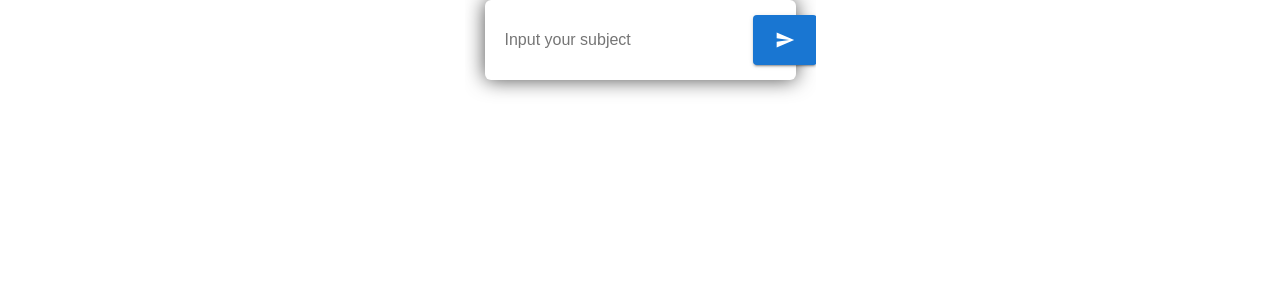
Repository: thienv29/todolist
Page: /
These files come from the project's save history. The page is drawn as it stood at one moment and after a run of saves; the edit follows.
The browser window is 1280 px wide. The pictures show the whole page.
The project was rebuilt for these pictures with package versions that can differ from the ones it lists, and the page was loaded fresh each time. Also part of the build but not shown: src/components/TodoEditing.js, src/components/Todo.js.

Above is the page before, as saved 2021-10-22 17:28:13.

### public/index.html
<!DOCTYPE html>
<html lang="en">
    <head>
        <meta charset="utf-8" />
        <link rel="icon" href="%PUBLIC_URL%/favicon.ico" />
        <meta name="viewport" content="width=device-width, initial-scale=1" />
        <meta name="theme-color" content="#000000" />
        <meta name="description" content="Web site created using create-react-app" />
        <link rel="apple-touch-icon" href="%PUBLIC_URL%/logo192.png" />
        <!--
      manifest.json provides metadata used when your web app is installed on a
      user's mobile device or desktop. See https://developers.google.com/web/fundamentals/web-app-manifest/
    -->
        <link rel="manifest" href="%PUBLIC_URL%/manifest.json" />
        <!--
      Notice the use of %PUBLIC_URL% in the tags above.
      It will be replaced with the URL of the `public` folder during the build.
      Only files inside the `public` folder can be referenced from the HTML.

      Unlike "/favicon.ico" or "favicon.ico", "%PUBLIC_URL%/favicon.ico" will
      work correctly both with client-side routing and a non-root public URL.
      Learn how to configure a non-root public URL by running `npm run build`.
    -->
        <link
            rel="stylesheet"
            href="https://fonts.googleapis.com/css?family=Roboto:300,400,500,700&display=swap"
        />
        <title>React App</title>
    </head>
    <body>
        <noscript>You need to enable JavaScript to run this app.</noscript>
        <div id="root"></div>
        <!--
      This HTML file is a template.
      If you open it directly in the browser, you will see an empty page.

      You can add webfonts, meta tags, or analytics to this file.
      The build step will place the bundled scripts into the <body> tag.

      To begin the development, run `npm start` or `yarn start`.
      To create a production bundle, use `npm run build` or `yarn build`.
    --></body>
</html>

### src/index.js
import React from "react";
import ReactDOM from "react-dom";
import App from "./App";
import "./style.scss";
import store from "./redux/store";
import { Provider } from "react-redux";

ReactDOM.render(
    <Provider store={store}>
        <React.StrictMode>
            <App />
        </React.StrictMode>
    </Provider>,
    document.getElementById("root")
);

### src/App.js
import React from "react";
import TodoList from "./components/TodoList.js";
import Input from "./components/Input.js";
import {Toaster} from 'react-hot-toast'
import Grid from "@mui/material/Grid";
export default function App() {
    return (
        <Grid container className="main">
            <Input />
            <TodoList />
                <Toaster position="top-center" reverseOrder={false} />
        </Grid>
    );
}

### src/style.scss
*{
    margin: 0;
    padding: 0;
    box-sizing: border-box;
    font-family: Arial, Helvetica, sans-serif;
}
body{
    width: 100%;
    height: 100vh;
    display: flex;
    justify-content: center;
}
.main{
    width: 800px;
    height: 100%;
    padding-left: 20px;
    padding-right: 20px;
    overflow: hidden;
}
.todolist{
    transition: .5s ease-in ;
}
.inputTodo{
    width: 100%;
    background-color: white;
    height: 80px;
    position: relative;
    display: flex;
    justify-content: center;
    align-items: center;
    padding: 0px 20px;
    border-radius: 6px;
    box-shadow: 0px 0px 20px rgba($color: #000000, $alpha: 0.7);
    margin-bottom: 30px;
    .inputdiv{

        height: 100%;
    }
    .input{
        width: 100%;
        height: 100%;
        border: none;
        outline: none;
        font-size: medium;

    }
    .inputTime{
        position: absolute;
    }
    .MuiButton-root.MuiButton-contained.MuiButton-containedPrimary.MuiButton-sizeMedium.MuiButton-containedSizeMedium.MuiButtonBase-root.css-sghohy-MuiButtonBase-root-MuiButton-root{
        height: 50px;
    }
    .MuiButton-endIcon.MuiButton-iconSizeMedium.css-9tj150-MuiButton-endIcon{
        padding: 0;
        margin: 0;
    }
    .MuiGrid-root.MuiGrid-item.MuiGrid-grid-xs-2.css-a0vo9r-MuiGrid-root
    {
        text-align: right;
    }
}
.todo{
    width: 100%;
    height: 60px;
    background-color: white;
    margin: 10px 0px;
    display: flex;
    align-items: center;
    justify-content: space-between;
    padding: 0px 20px;
    box-shadow: 0px 0px 20px rgba($color: #000000, $alpha: 0.7);
    border-radius: 6px;
    .tododivleft{
        align-items: center;
        display: flex;
    }
}

.todo {
    transform: translateX(200%);
    animation:
        openspace .3s ease forwards,
        restored-item-animation .5s .3s cubic-bezier(.14,.25,.52,1.56) forwards;
}

@keyframes openspace {
    to {
        height: 60px;
    }
}

@keyframes restored-item-animation {
    0% {
        opacity: 0;
         transform: translateX(100%);
    }

    70% {
        opacity: 1;
        transform: translateX(-50px);
    }

    100% {
        opacity: 1;
        transform: translateX(0);
    }
}
.todo.removed-item {
    animation: removed-item-animation .6s cubic-bezier(.65,-0.02,.72,.29);
}

@keyframes removed-item-animation {
   0% {
        opacity: 1;
        transform: translateX(0);
    }

    30% {
        opacity: 1;
        transform: translateX(50px);
    }

    80% {
        opacity: 1;
        transform: translateX(-800px);
    }

    100% {
        opacity: 0;
        transform: translateX(-800px);
    }
}
.tododivright{
    display: flex;
    align-items: center;
}

### src/redux/store.js
import { createStore } from "redux";
import reducers from "./reducers";
const store = createStore(reducers)
export default store;

### src/components/TodoList.js
import React, {  useEffect } from "react";
import Todo from "./Todo.js";
import {  useSelector } from "react-redux";
import _ from "underscore";
import { saveList } from "../redux/actions/index.js";
import { useDispatch } from "react-redux";
import { Grid } from "@mui/material";
export default function TodoList() {
    const ListTodo = useSelector((state) => state.listTodo, _.isEqual);
    const dispatch = useDispatch()
    useEffect(() => {
        console.log(ListTodo);
        dispatch(saveList())
    }, [ListTodo]);
    return (
        <Grid container className='todolist'>
            {ListTodo.map((TodoChild) => {
                return (
                    <Todo key={TodoChild.id} Todo={TodoChild}  />
                );
            })}
        </Grid >
    );
}

### src/components/Input.js
import React from "react";
import DateTimePicker from "@mui/lab/DateTimePicker";
import TextField from "@mui/material/TextField";
import AdapterDateFns from "@mui/lab/AdapterDateFns";
import LocalizationProvider from "@mui/lab/LocalizationProvider";
import Grid from "@mui/material/Grid";
import Button from "@mui/material/Button";
import SendIcon from "@mui/icons-material/Send";
import { useDispatch } from "react-redux";
import { addElement } from "../redux/actions";

export default function Input() {
    const [valueNote, setValueNote] = React.useState({
        time: '',
        note: "",
    });
    const dispatch = useDispatch();

    const handleAddNote = () => {
        if (valueNote.note === "") {
        } else {
            dispatch(addElement(valueNote));
            setValueNote({
                ...valueNote,
                note: "",
            });
        }
    };

    return (
        <Grid className="inputTodo"xs={12}>
            <Grid item className='inputdiv' xs={6}>
                <input
                    type="text"
                    value={valueNote.note}
                    onChange={(e) => {
                        setValueNote({ ...valueNote, note: e.target.value });
                    }}
                    className="input"
                    placeholder="Input your subject"
                />
            </Grid>
            <Grid item xs={5}>
                <LocalizationProvider dateAdapter={AdapterDateFns}>
                    <DateTimePicker
                        className="inputTime"
                        label="Deadline"
                        value={valueNote.time}
                        onChange={(time) => {
                            setValueNote({ ...valueNote, time: time });
                        }}

                        renderInput={(params) => <TextField {...params} />}
                    />
                </LocalizationProvider>
            </Grid>
            <Grid item xs={1}>
                <Button
                    onClick={handleAddNote}
                    variant="contained"
                    endIcon={<SendIcon />}
                ></Button>
            </Grid>
        </Grid>
    );
}

### src/redux/reducers/index.js
import { combineReducers } from "redux";
import TodoListReducer from "./todolistReducer.js";
const reducers = combineReducers({
    listTodo: TodoListReducer,
});
export default reducers;

### src/redux/actions/index.js

export const setComplete = function (id,bool) {
    return {
        type: "SET_COMPLETE",
        data: {
            id,
            bool
        }
    };
};
export const deleteElement = function (id) {
    return {
        type: "DELETE_ELEMENT",
        data: id,
    };
};
export const addElement = function (element) {
    return {
        type: "ADD_ELEMENT",
        data: element,
    };
};
export const editElement = function (element) {
    return {
        type: "EDIT_ELEMENT",
        data: element,
    };
};
export const saveList = function () {
    return {
        type: "SAVE",
    };
};

export const reset = () => ({
    type: "RESET",
});

### src/redux/reducers/todolistReducer.js
import uuid from "react-uuid";
import toast from 'react-hot-toast';
export const initialState = JSON.parse(localStorage.getItem("listTodo") || "[]");
const TodoListReducer = (state = initialState, action) => {
    const tmp = [...state];
    switch (action.type) {
        case "SET_COMPLETE":
            tmp.forEach((e) => {
                if (e.id === action.data.id) {
                    e.isComplete = action.data.bool;
                }
            });
            return tmp;
        case "DELETE_ELEMENT":
            const removeIndex = tmp.findIndex((item) => item.id === action.data);
            tmp.splice(removeIndex, 1);
            return tmp;
        case "ADD_ELEMENT":
            const date2 = new Date();
            const date1 = new Date(action.data.time);
            const Difference_In_Time = date1.getTime() - date2.getTime();
            const Difference_In_Days = Math.floor(
                Difference_In_Time / (1000 * 3600 * 24)
            );
            if (Difference_In_Days>=0) {
                tmp.push({
                    Subject: action.data.note,
                    time: action.data.time,
                    id: uuid(),
                    isComplete: false,
                    remainingDays:Difference_In_Days
                });
            }else{
                toast.error('Ngày không hợp lệ')
            }

            tmp.sort((a,b) => {
              return a.remainingDays - b.remainingDays
            })

            return tmp;
        case "EDIT_ELEMENT":
            tmp.forEach((e) => {
                if (e.id === action.data.id) {
                    e.Subject = action.data.Subject;
                }
            });
            return tmp;
        case "SAVE":
            localStorage.setItem('listTodo',JSON.stringify(tmp))
            return tmp;
        case "RESET":
            return [];

        default:
            return state;
    }
};

export default TodoListReducer;

After the next 2 saves:
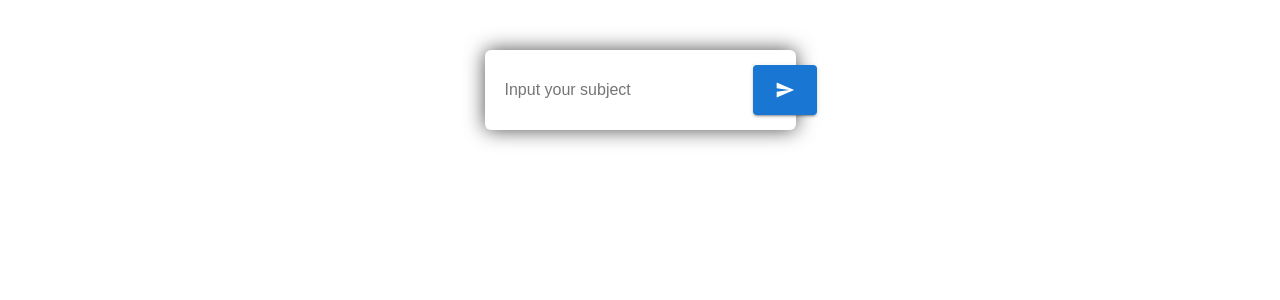
The 2 saves are shown as one change because they came seconds apart.
The last was saved 23 s later.
--- a/src/style.scss
+++ b/src/style.scss
@@ -13,8 +13,7 @@ body{
 .main{
     width: 800px;
     height: 100%;
-    padding-left: 20px;
-    padding-right: 20px;
+   padding: 50px;
     overflow: hidden;
 }
 .todolist{
